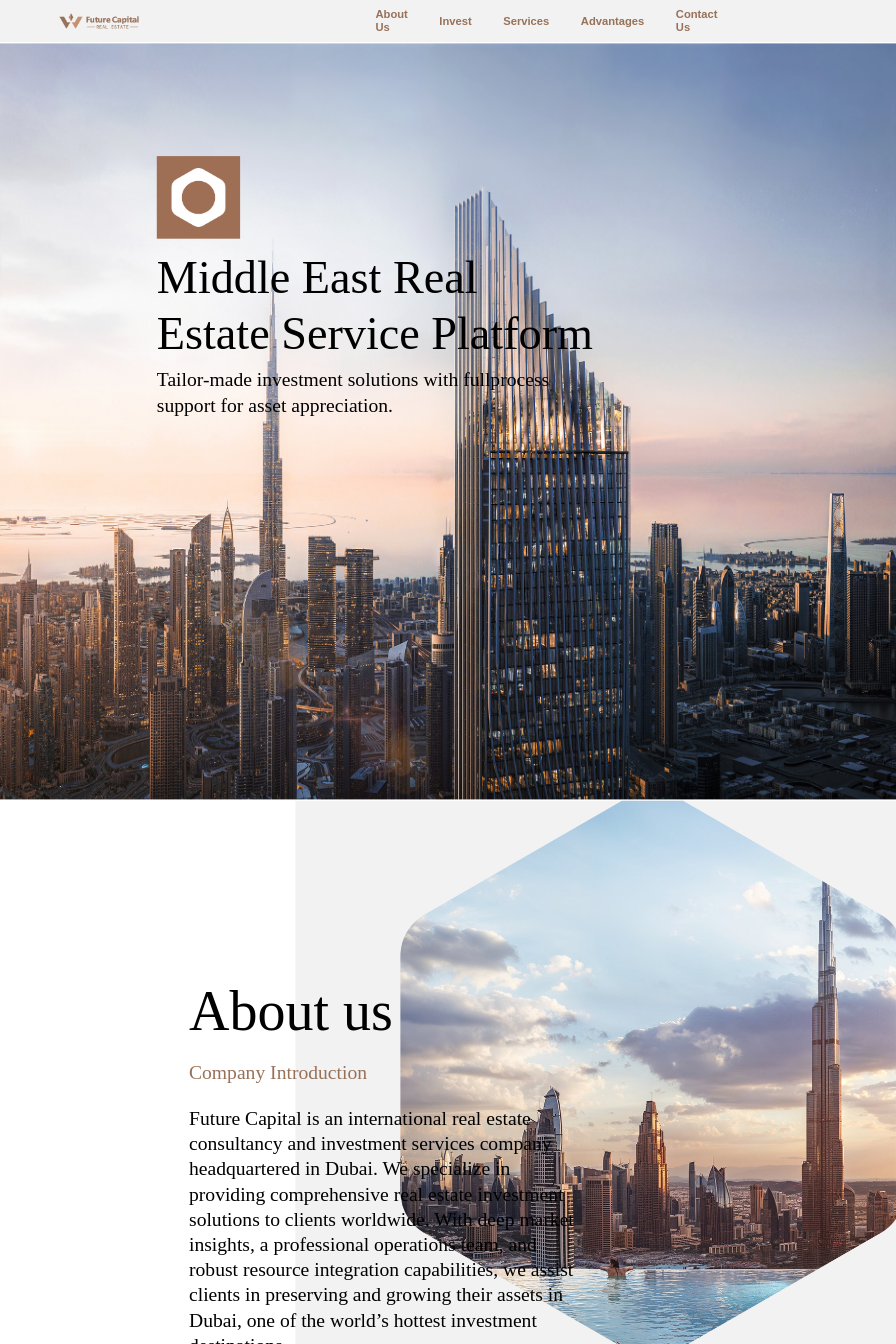
Repository: hcliu987/FutureCapital
Page: /
An editor plug-in stored every save of this project. The page is shown before and after the next save, followed by the edit.
The browser window is 1280 px wide. The pictures show the part of the page from y = 0 to 1920 px (the page is 8610 px tall), at 70% of full size.
The project was rebuilt for these pictures with package versions that can differ from the ones it lists, and the page was loaded fresh each time. Also part of the build but not shown: vue.config.js.

Above is the page before, as saved 2025-01-18 14:04:49.

### src/App.vue
<template>
  <homePage />
</template>

<script setup>
import homePage from "./components/homePage.vue";
</script>

<style>
html,
body {
  margin: 0;
}
</style>

### src/components/homePage.vue
<template>
  <div class="homePage">
    <div class="nav">
      <div class="left">
        <img class="toplogo" src="@/assets/logo.png" />
      </div>
      <div class="right">
        <div><a href="#aboutUs">About Us</a></div>
        <div><a href="#invest">Invest</a></div>
        <div><a href="#services">Services</a></div>
        <div><a href="#advantages">Advantages</a></div>
        <div><a href="#contactUs">Contact Us</a></div>
      </div>
    </div>
    <div class="aboutUs" id="aboutUs">
      <img class="img_bg" src="@/assets/aboutUs_bg1.jpg" />
      <img class="logo" src="@/assets/aboutUs_logo.png" />
      <div class="title">Middle East Real</div>
      <div class="title">Estate Service Platform</div>
      <div class="subInfo m1">
        Tailor-made investment solutions with fullprocess
      </div>
      <div class="subInfo">support for asset appreciation.</div>
    </div>
    <div class="aboutUs2">
      <div class="left"></div>
      <div class="right">
        <img src="@/assets/aboutUs_bg2.png" />
      </div>
      <div class="con_txt">
        <div class="title">About us</div>
        <div class="subtitle">Company Introduction</div>
        <div class="intro">
          Future Capital is an international real estate consultancy and
          investment services company headquartered in Dubai. We specialize in
          providing comprehensive real estate investment solutions to clients
          worldwide. With deep market insights, a professional operations team,
          and robust resource integration capabilities, we assist clients in
          preserving and growing their assets in Dubai, one of the world’s
          hottest investment destinations.
        </div>
      </div>
    </div>
    <div class="aboutUs3">
      <div class="left">
        <img src="@/assets/aboutUs_bg3.png" />
      </div>
      <div class="right"></div>
      <div class="con_txt">
        <div class="title">Company Vision</div>
        <div class="line"></div>
        <div class="info">
          Whether you are looking for an ideal home or exploring high-yield
          investment opportunities, Future Capital is committed to a
          customer-first philosophy. <br /><br />
          We deliver tailored investment support through exceptional service
          quality and forward-thinking market analysis, ensuring a personalized
          experience for every client.
        </div>
      </div>
    </div>
    <div class="invest" id="invest">
      <div class="top">
        <div class="title">New Opportunities</div>
        <div class="title">for Global Asset Allocation</div>
        <div class="line"></div>
      </div>
      <div class="bottom">
        <div class="row">
          <div class="item">
            <div class="pre">0%</div>
            <div class="text">
              Tax Incentives: Zero personal income tax.Zero capital gains tax.
            </div>
          </div>
          <div class="item">
            <div class="pre">6%-8%</div>
            <div class="text">
              Leading Investment Returns:The real estate market offers an
              average annual rental yield of 6%-8%.
            </div>
          </div>
          <div class="item">
            <div class="pre">12%</div>
            <div class="text">
              High-End Residential Growth:Luxury residential projects boast an
              annual sales growth rate exceeding 12%.
            </div>
          </div>
        </div>
        <div class="row">
          <div class="item">
            <div class="pre">100%</div>
            <div class="text">
              Non-UAE investors can achieve 100% foreign ownership.
            </div>
          </div>
          <div class="item">
            <div class="pre">80%</div>
            <div class="text">
              Over 80% of the population in Dubai consists of expatriates,
              leading to steadily growing housing demand.
            </div>
          </div>
          <div class="item">
            <div class="pre">60%</div>
            <div class="text">
              Located at the intersection of Europe, Asia, and Africa, 60% of
              global markets are within an 8-hour flight radius.
            </div>
          </div>
        </div>
        <div class="btext m1">
          Dubai, as a world-leading international metropolis, serves not only as
          the economic and trade hub of
        </div>
        <div class="btext">
          the Middle East but also as a focal point for global investors.
        </div>
      </div>
    </div>
    <div class="services" id="services">
      <div class="top">
        <div class="line"></div>
        <div class="item">
          <div class="title">Our Services</div>
          <div>
            Assist the rental of of primary and secondary commercial/residential
            properties.
          </div>
          <div>
            Assist the rental of of primary and secondary commercial/residential
            properties.
          </div>
        </div>
      </div>
      <div class="imgs">
        <img class="img1" src="@/assets/services_bg1.png" />
        <img class="img2" src="@/assets/services_bg2.png" />
      </div>
    </div>
    <div class="advantages1" id="advantages">
      <img src="@/assets/advantages_bg1.jpg" />
      <div class="title">Our Advantages</div>
    </div>
    <div class="advantages2">
      <div class="top">
        <div class="item">
          <div class="title">Company Introduction</div>
          <div class="info">
            A professional real estate consultancy team offering accurate market
            analysis and expert advice.
          </div>
        </div>
        <div class="item h1">
          <div class="title">High-End Resource Integration</div>
          <div class="info">
            Collaborating with Dubai’s top developers, such as EMAAR, Nakheel,
            and DAMAC, to provide exclusive properties and premium resources.
          </div>
        </div>
        <div class="item h1">
          <div class="title">Customer First</div>
          <div class="info">
            Placing client needs at the core, delivering full process,
            comprehensive support from property selection to investment
            implementation.
          </div>
        </div>
        <div class="item">
          <div class="title">Global Perspective</div>
          <div class="info">
            Serving clients worldwide, including investors from China, the UK,
            India, Europe, and Gulf countries.
          </div>
        </div>
      </div>
      <div class="img">
        <img src="@/assets/advantages_bg2.png" />
      </div>
    </div>
    <div class="contact" id="contactUs">
      <div class="left">
        <img src="@/assets/contact_bg2.png" />
      </div>
      <div class="right">
        <img src="@/assets/contact_bg1.png" />
      </div>
      <div class="content">
        <div class="title">
          <img src="@/assets/aboutUs_logo.png" />
          <div class="text">Contact US</div>
        </div>
        <div class="info">
          Thank you for your interest and trust in us! For more information
          about our projects or to discuss any inquiries and collaboration
          opportunities, feel free to reach out to our professional team. You
          can contact us through the following channels, and we look forward to
          providing you with the best service.
        </div>
        <div class="detail">
          <div class="key">Phone</div>
          <div class="value">+971 50 350 8883</div>
        </div>
        <div class="detail">
          <div class="key">Email</div>
          <div class="value">michael@futurecapital.ae</div>
        </div>
        <div class="detail">
          <div class="key">Address</div>
          <div class="value">
            3rd Floor Westburry Tower, Al Abraj Street Business Bay, Dubai
          </div>
        </div>
        <div class="end">
          We look forward to working with you to build a better future !
        </div>
      </div>
    </div>
  </div>
</template>

<script setup>
</script>


<style scoped>
.homePage {
  max-width: 1920px;
}
.nav {
  height: 60px;
  background: #f2f2f2;
  display: flex;
  align-items: center;
  justify-content: space-between;
  padding: 0 210px 0 85px;
  margin-bottom: 2px;
}
.nav .left {
  display: flex;
  align-items: center;
}
.nav .left img {
  margin-right: 12px;
}
.nav .right {
  display: flex;
  align-items: center;
  justify-content: end;
  width: 100%;
  font-family: 'Outfit Bold', sans-serif;
}
.nav .right div {
  margin-right: 45px;
  color: #987159;
  cursor: pointer;
  font-size: 16px;
  font-weight: bold;
}
.nav .right a {
  color: #987159;
  text-decoration: none;
  font-size: 50x;
}
.aboutUs {
  width: 100%;
  position: relative;
  min-height: 1080px;
  margin-bottom: 2px;
}
.aboutUs .img_bg {
  max-width: 100%;
  position: absolute;
  min-height: 1080px;
}
.aboutUs .logo {
  width: 118.5px;
  height: 118.5px;
  margin: 160.5px 0 12px 224px;
  position: relative;
  z-index: 1;
}
.nav .left .toplogo{
  width: 25%;
  height: 25%;
}
.aboutUs .title {
  margin-left: 224px;
  font-size: 66px;
  font-weight: 400;
  color: #000;
  line-height: 80px;
  position: relative;
  z-index: 1;
  font-family: ;
}
.aboutUs .subInfo {
  margin-left: 224px;
  font-size: 28px;
  line-height: 36px;
  position: relative;
  z-index: 1;
}
.aboutUs .m1 {
  margin-top: 8px;
}
.aboutUs2 {
  display: flex;
  width: 100%;
  min-height: 1080px;
  position: relative;
  margin-bottom: 2px;
}
.aboutUs2 .left {
  width: 33%;
  background: #fff;
}
.aboutUs2 .right {
  width: 67%;
  background: #f2f2f2;
  text-align: right;
}
.aboutUs2 .right img {
  max-width: 82.5%;
}
.aboutUs2 .con_txt {
  position: absolute;
  top: 260px;
  left: 270px;
  width: 573px;
}
.aboutUs2 .title {
  font-size: 80px;
  line-height: 80px;
  color: #000;
}
.aboutUs2 .subtitle {
  font-size: 28px;
  color: #987159;
  line-height: 36px;
  margin: 30px 0;
}
.aboutUs2 .intro {
  font-size: 28px;
  line-height: 36px;
}
.aboutUs3 .left {
  width: 55.7%;
}
.aboutUs3 {
  display: flex;
  width: 100%;
  position: relative;
  margin-bottom: 2px;
}
.aboutUs3 .right {
  width: 44.3%;
  background: #f2f2f2;
}
.aboutUs3 .con_txt {
  width: 851px;
  height: 678px;
  background: #fff;
  position: absolute;
  top: 110px;
  right: 110px;
  padding: 182px 0 0 132px;
}
.aboutUs3 .con_txt .title {
  font-size: 28px;
  color: #987159;
  line-height: 36px;
  margin-bottom: 66px;
}
.aboutUs3 .con_txt .line {
  height: 1px;
  width: 145px;
  margin-bottom: 38px;
  background: #987159;
}
.aboutUs3 .con_txt .info {
  width: 533px;
  font-size: 28px;
  line-height: 36px;
}
.invest .top {
  height: 360px;
  background: #fff;
  text-align: center;
  display: flex;
  align-items: center;
  flex-direction: column;
  justify-content: center;
}
.invest .top .title {
  font-size: 80px;
  color: #000;
  line-height: 80px;
}
.invest .top .line {
  height: 1px;
  background: #987159;
  width: 773px;
  margin-top: 32px;
}
.invest .bottom {
  height: 600px;
  background: #f2f2f2;
  padding: 90px 200px 30px 328px;
}
.invest .bottom .row {
  display: flex;
  justify-content: space-between;
}
.invest .bottom .row .item {
  height: 215px;
  width: 314px;
  margin-bottom: 40px;
}
.invest .bottom .row .pre {
  font-size: 80px;
  line-height: 80px;
  color: #987159;
  margin-bottom: 7.5px;
}
.invest .bottom .row .text {
  font-size: 20px;
  line-height: 25.2px;
  color: #000;
}
.invest .bottom .btext {
  width: 100%;
  text-align: center;
  font-size: 28px;
  line-height: 36px;
}
.invest .bottom .m1 {
  margin-top: 10px;
}
.services {
  min-height: 1080px;
  background: #fff;
  margin: 2px 0;
}
.services .top {
  height: 232px;
  padding: 150px 120px 150px 150px;
}
.services .top .line {
  width: 466px;
  height: 1px;
  background: #987159;
  margin-bottom: 65px;
}
.services .top .item {
  display: flex;
  align-items: center;
  justify-content: space-between;
  height: 106px;
}
.services .top .item div {
  max-width: 460px;
  font-size: 28px;
  line-height: 36px;
}
.services .top .item .title {
  max-width: 550px;
  font-size: 80px;
}
.services .imgs {
  display: flex;
  width: 100%;
}
.services .imgs .img1 {
  width: 67%;
}
.services .imgs .img2 {
  width: 33%;
}
.advantages1 {
  min-height: 1080px;
  margin-bottom: 2px;
  position: relative;
  display: flex;
  align-items: center;
  justify-content: center;
}
.advantages1 .title {
  font-size: 80px;
  position: relative;
  color: #fff;
  z-index: 1;
}
.advantages1 img {
  min-height: 1080px;
  width: 100%;
  position: absolute;
}
.advantages2 {
  min-height: 1080px;
  background: #fff;
  margin-bottom: 2px;
}
.advantages2 .img {
  height: 488px;
}
.advantages2 .top {
  height: 529px;
  padding: 63px 142px 0 172px;
  display: flex;
  justify-content: space-between;
}
.advantages2 .top .item {
  width: 332px;
}
.advantages2 .top .h1 {
  width: 345px;
}
.advantages2 .top .title {
  color: #987159;
  height: 180px;
  font-size: 28px;
  display: flex;
  align-items: flex-end;
  margin-bottom: 40px;
  font-weight: 700;
}
.advantages2 .top .info {
  font-size: 28px;
}
.advantages2 .img img {
  width: 100%;
  height: 100%;
}
.contact {
  display: flex;
  position: relative;
}
.contact .left {
  background: #f2f2f2;
  width: 50%;
  display: flex;
  align-items: center;
}
.contact .left img {
  max-width: 22%;
  position: relative;
  z-index: 1;
}
.contact .right {
  width: 50%;
  background: #987159;
  display: flex;
  align-items: center;
  justify-content: end;
}
.contact .right img {
  max-width: 60%;
}
.contact .content {
  width: 870px;
  height: 613px;
  position: absolute;
  top: 108px;
  left: 194px;
  background: #fff;
  padding: 129px 65px 120px 100px;
}
.contact .content .title {
  display: flex;
  align-items: flex-end;
  margin-bottom: 80px;
}
.contact .content img {
  width: 118px;
  height: 118px;
}
.contact .content .title .text {
  font-size: 80px;
  line-height: 80px;
  margin-left: 93px;
}
.contact .content .info {
  font-size: 28px;
  line-height: 36px;
  margin-bottom: 30px;
}
.contact .content .detail {
  display: flex;
  margin-bottom: 16px;
}
.contact .content .key,
.contact .content .value {
  min-width: 119px;
  font-size: 22px;
  color: #987159;
  line-height: 30px;
}
.contact .content .value {
  color: #000;
}
.contact .content .end {
  font-size: 28px;
  line-height: 36px;
  text-align: center;
  margin-top: 50px;
}
</style>

Loaded but not shown: public/index.html (common file); src/main.js (common file)

After the next save:
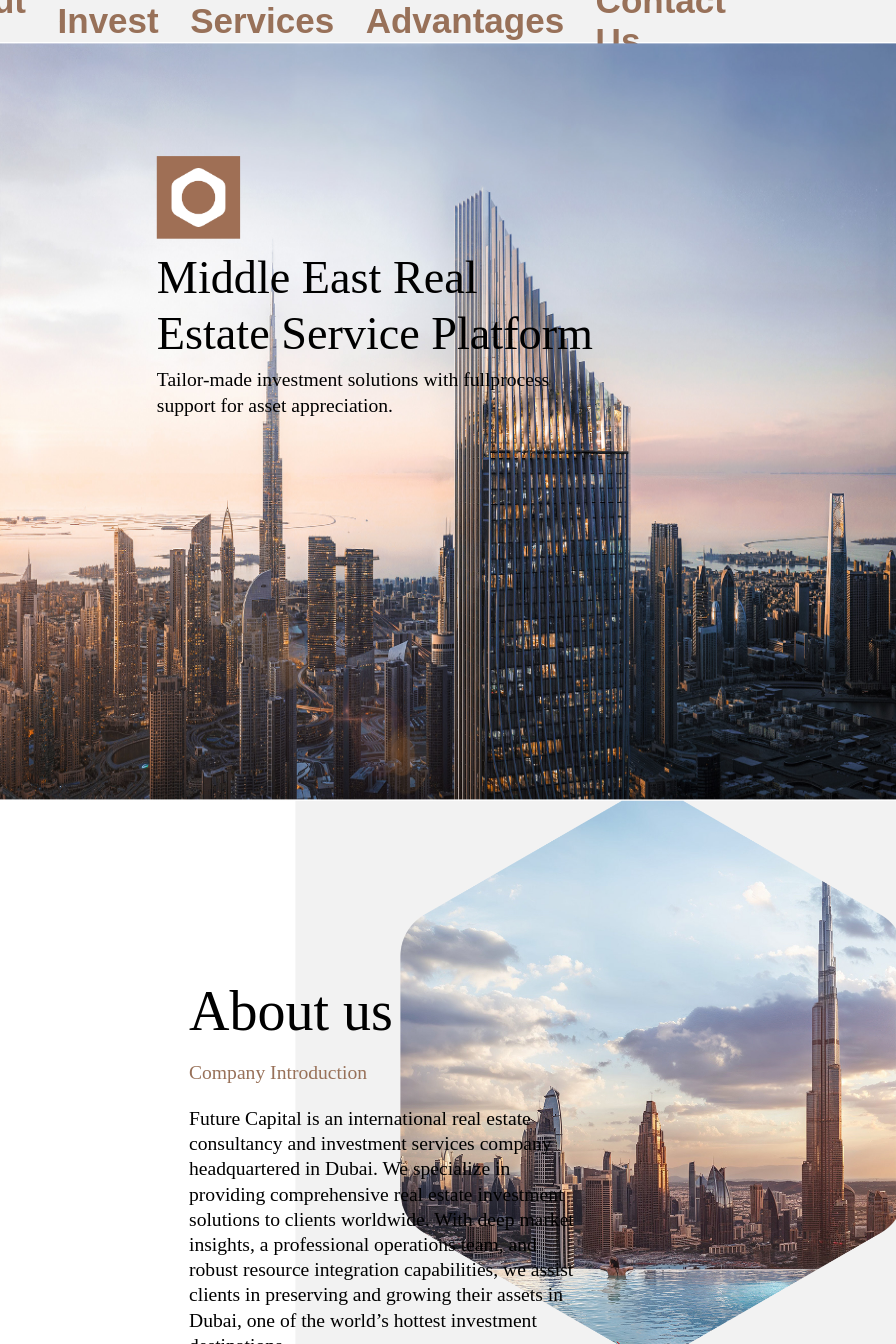
Saved 22 s later.
--- a/src/components/homePage.vue
+++ b/src/components/homePage.vue
@@ -261,7 +261,7 @@
 .nav .right a {
   color: #987159;
   text-decoration: none;
-  font-size: 50x;
+  font-size: 50px;
 }
 .aboutUs {
   width: 100%;
